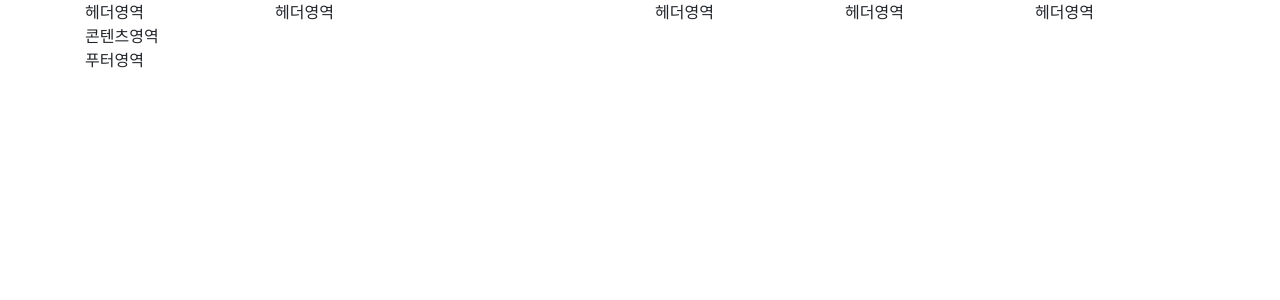
Repository: supremest35/web-projects
Page: http://localhost/noticeboard/
The author's editor kept a copy of each file at every save. The page is drawn from the files as they stood at one save, then again after the next save.
The browser window is 1280 px wide. The pictures show the whole page.
The page is served by Tomcat 9.

Above is the page before, as saved 2020-12-06 02:57:58.

After the next save:
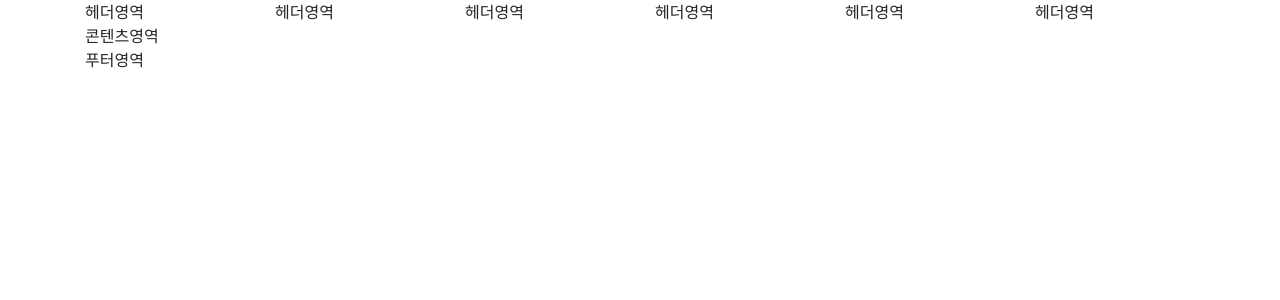
Saved 28 s later.
--- a/noticeboard/WebContent/index.jsp
+++ b/noticeboard/WebContent/index.jsp
@@ -15,7 +15,8 @@
 <div class="container">
 	<div class="row">
 		<div class="col-2">헤더영역</div>
-		<div class="col-4">헤더영역</div>
+		<div class="col-2">헤더영역</div>
+		<div class="col-2">헤더영역</div>
 		<div class="col-2">헤더영역</div>
 		<div class="col-2">헤더영역</div>
 		<div class="col-2">헤더영역</div>
